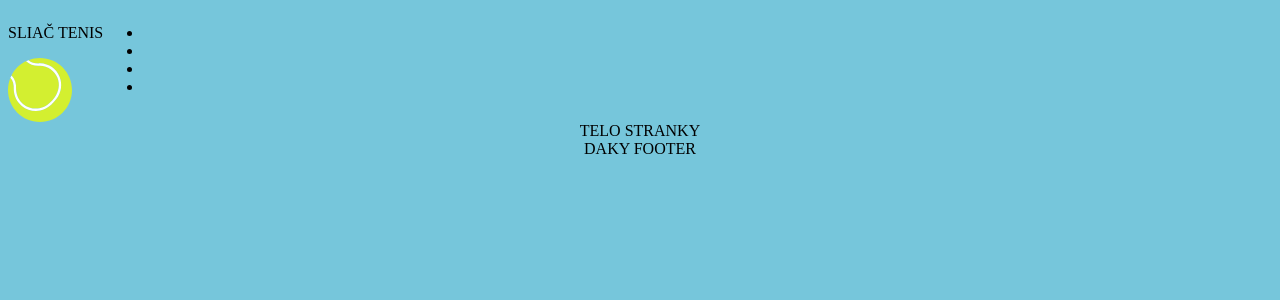
Repository: Badynko/tenis
Page: index.html
An editor plug-in stored every save of this project. The page is shown before and after the next save, followed by the edit.
The browser window is 1280 px wide. The pictures show the whole page.

Above is the page before, as saved 2024-06-22 17:59:24.

After the next save:
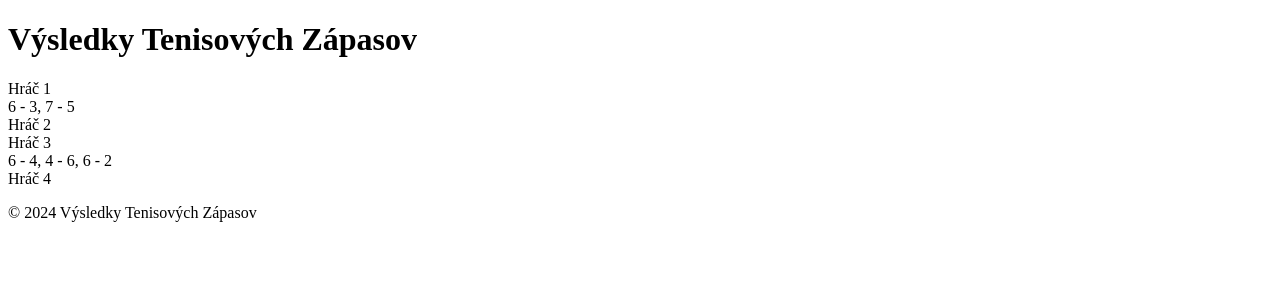
Not found: scripts.js
Not found: styles.css
Saved 47 h 48 min later.
--- a/index.html
+++ b/index.html
@@ -1,27 +1,33 @@
 <!DOCTYPE html>
-<html lang="en">
+<html lang="sk">
   <head>
     <meta charset="UTF-8" />
     <meta name="viewport" content="width=device-width, initial-scale=1.0" />
-    <title>Tenis Matches</title>
-    <link rel="stylesheet" href="css/style.css" />
+    <title>Výsledky Tenisových Zápasov</title>
+    <link rel="stylesheet" href="styles.css" />
   </head>
   <body>
     <header>
-      <div class="logo">
-        <p>SLIAČ TENIS</p>
-        <img src="img/ball.svg" alt="logo" width="64px" />
-      </div>
-      <nav>
-        <ul class="menu">
-          <li></li>
-          <li></li>
-          <li></li>
-          <li></li>
-        </ul>
-      </nav>
+      <h1>Výsledky Tenisových Zápasov</h1>
     </header>
-    <main>TELO STRANKY</main>
-    <footer>DAKY FOOTER</footer>
+    <main>
+      <section id="results">
+        <!-- Výsledky zápasov -->
+        <div class="match">
+          <div class="player">Hráč 1</div>
+          <div class="score">6 - 3, 7 - 5</div>
+          <div class="player">Hráč 2</div>
+        </div>
+        <div class="match">
+          <div class="player">Hráč 3</div>
+          <div class="score">6 - 4, 4 - 6, 6 - 2</div>
+          <div class="player">Hráč 4</div>
+        </div>
+      </section>
+    </main>
+    <footer>
+      <p>&copy; 2024 Výsledky Tenisových Zápasov</p>
+    </footer>
+    <script src="scripts.js"></script>
   </body>
 </html>
